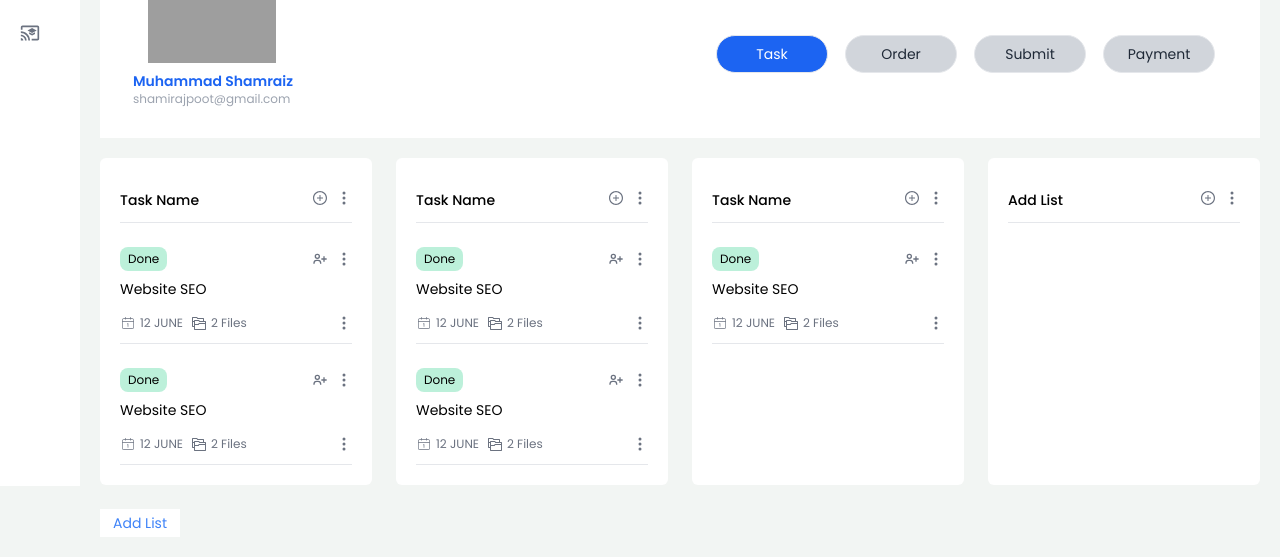
Repository: Shamraiz761/Frontend-Assessment
Page: /
The author's editor kept a copy of each file at every save. The page is drawn from the files as they stood at one save, then again after the next save.
The browser window is 1280 px wide. The pictures show the part of the page from y = 234 to 791 px (the page is 791 px tall).
Pictures or frames that could not be fetched are drawn as grey boxes. The project was rebuilt for these pictures with package versions that can differ from the ones it lists, and the page was loaded fresh each time. Also part of the build but not shown: vite.config.js. Imported but missing from the stored project, and not drawn on this page: src/pages/auth/login.

Above is the page before, as saved 2023-06-09 12:28:59.

### src/main.jsx
import ReactDOM from 'react-dom/client'

import React from 'react'

import App from './App.jsx'
import './index.css'

ReactDOM.createRoot(document.getElementById('root')).render(
  <React.StrictMode>
    <App />
  </React.StrictMode>,
)

### src/App.jsx
import React from 'react'
import { DndProvider } from 'react-dnd'
import { HTML5Backend } from 'react-dnd-html5-backend'
import 'flowbite'

import AppRoutes from './routes'

export default function App() {
  return (
    <DndProvider backend={HTML5Backend}>
      <AppRoutes />
    </DndProvider>
  )
}

### src/index.css
@import url("https://fonts.googleapis.com/css2?family=Poppins:wght@400;500;600;700;800;900&display=swap");

@tailwind base;
@tailwind components;
@tailwind utilities;

* {
  margin: 0;
  padding: 0;
}

body {
  margin: 0;
  font-family: "Poppins", -apple-system, BlinkMacSystemFont, "Segoe UI",
    "Roboto", "Oxygen", "Ubuntu", "Cantarell", "Fira Sans", "Droid Sans",
    "Helvetica Neue", sans-serif;
  -webkit-font-smoothing: antialiased;
  -moz-osx-font-smoothing: grayscale;
  width: 100vw;
  overflow-x: hidden;
  background-color: #f2f5f3;
  /* background: linear-gradient(180deg, #faefe8 0%, #edc7ac 100%); */
}

code {
  font-family: source-code-pro, Menlo, Monaco, Consolas, "Courier New",
    monospace;
}

.pointer-cursor {
  cursor: pointer;
}

.cusBorder {
  border: 1px solid #000;
  border-radius: 5px;
}

img {
  cursor: pointer;
}
.errors {
  color: #dc3545;
  padding: 0;
  margin: 0;
  font-size: 12px;
}
.loader {
  position: fixed;
  top: 0;
  bottom: 0;
  left: 0;
  right: 0;
  background-color: rgba(47, 151, 161, 0.32);

  display: flex;
  justify-content: center;
  align-items: center;
}

.link {
  color: #000;
  cursor: pointer;
  text-decoration: none;
}
.link:hover {
  color: #000;
}

.trans-btn {
  background-color: transparent;
  border: none;
}
.profile-logout-btn {
  border: 0;
}
.profile-logout-btn:hover {
  border: 0;
}
.profile-btn {
  border-radius: 0;
  border: 0;
}
.logout-btn {
  border-radius: 0;
  border: 0;
}
.logout-btn:hover {
  background-color: rgba(220, 53, 69, 0.5);
  border: 0;
  color: #fff;
}
.breadcrumbs ul {
  list-style: none;
  display: inline-block;
}

.breadcrumbs ul li {
  display: inline;
}

.breadcrumbs ul li .bc-link {
  /* display: block; */
  width: max-content;
  background-color: #f8f9fa;
  padding: 6px 15px 6px 25px;
  text-align: center;
  position: relative;
  margin: 0 10px 0 0;
  font-size: 15px;
  text-decoration: none;
  color: #000;
}
.breadcrumbs ul li .bc-link::after {
  content: "";
  border-top: 17px solid transparent;
  border-bottom: 17px solid transparent;
  border-left: 17px solid #f8f9fa;
  position: absolute;
  top: 0;
  right: -17px;
  z-index: 1;
}
.breadcrumbs ul li .bc-link::before {
  content: "";
  border-top: 17px solid transparent;
  border-bottom: 17px solid transparent;
  border-left: 17px solid #71cdd5;
  position: absolute;
  top: 0;
  left: 0;
}
.breadcrumbs ul li:first-child .bc-link {
  border-top-left-radius: 5px;
  border-bottom-left-radius: 5px;
}
.breadcrumbs ul li:first-child .bc-link::before {
  display: none;
}

.breadcrumbs ul li:last-child .bc-link {
  padding-right: 20px;
  border-top-right-radius: 5px;
  border-bottom-right-radius: 5px;
}
.breadcrumbs ul li:last-child .bc-link::after {
  display: none;
}

@media screen and (max-width: 500px) {
  .breadcrumbs ul li .bc-link {
    /* display: block; */
    padding: 2px 2px 2px 13px;
    /* margin: 0 10px 0 0; */
    font-size: 14px;
  }

  .breadcrumbs ul li .bc-link::after {
    content: "";
    border-top: 11.6px solid transparent;
    border-bottom: 11.6px solid transparent;
    border-left: 11.6px solid #f8f9fa;
    position: absolute;
    top: 0;
    right: -11.6px;
    z-index: 1;
  }
  .breadcrumbs ul li .bc-link::before {
    content: "";
    border-top: 11.6px solid transparent;
    border-bottom: 11.6px solid transparent;
    border-left: 11.6px solid #71cdd5;
    position: absolute;
    top: 0;
    left: 0;
  }
  .breadcrumbs ul li:last-child .bc-link {
    padding-right: 5px;
  }
}

@media screen and (max-width: 350px) {
  .breadcrumbs ul li .bc-link {
    /* display: block; */
    padding: 2px 2px 2px 12px;
    /* margin: 0 10px 0 0; */
    font-size: 10px;
  }

  .breadcrumbs ul li .bc-link::after {
    content: "";
    border-top: 9px solid transparent;
    border-bottom: 9px solid transparent;
    border-left: 9px solid #f8f9fa;
    position: absolute;
    top: 0;
    right: -9px;
    z-index: 1;
  }
  .breadcrumbs ul li .bc-link::before {
    content: "";
    border-top: 9px solid transparent;
    border-bottom: 9px solid transparent;
    border-left: 9px solid #edc7ac;
    position: absolute;
    top: 0;
    left: 0;
  }
  .breadcrumbs ul li:last-child .bc-link {
    padding-right: 5px;
  }
}

/* ********************************************** */

### src/routes/index.jsx
import {
  createBrowserRouter,
  createRoutesFromElements,
  RouterProvider,
  Route,
} from "react-router-dom";

import * as React from "react";

import Layout from "./layout";
import Root from "./root";

import Home from "../pages/dashboard";
import Login from "../pages/auth/login";
import Header from "../components/header/index";

export default function AppRoutes() {
  const router = createBrowserRouter(
    createRoutesFromElements(
      <Route path="/" element={<Root />}>
        <Route path="/login" element={<Login />} />

        <Route element={<Layout />}>
          <Route path="/" element={<Home />} />
        </Route>
      </Route>
    )
  );

  return <RouterProvider router={router} />;
}

### src/routes/layout.jsx
import { Link, Outlet, useNavigate } from "react-router-dom";
import { Gi3DGlasses } from "react-icons/gi";
import { CgProfile } from "react-icons/cg";
import { BsArrowLeft, BsFillChatSquareTextFill } from "react-icons/bs";
import { MdOutlineDashboard, MdOutlineCastForEducation } from "react-icons/md";

import React, { useState } from "react";
import Header from "../components/header/index";

export default function Layout() {
  const [open, setOpen] = useState(false);
  const [type, setType] = useState(false);
  const navigate = useNavigate();
  return (
    <div>
      {/* {loading && <LoadingSpinner asOverlay />} */}
      <div
        className={` h-screen bg-white  p-3 ${
          open ? "w-56" : "w-20"
        } fixed top-0 sidebar z-50`}
      >
        {/* Logo */}

        <div className="flex flex-row justify-center">
          <svg
            width="67"
            height="67"
            viewBox="0 0 67 67"
            fill="none"
            xmlns="http://www.w3.org/2000/svg"
            className={` text-4xl block float-left cursor-pointer rounded duration-500 ${
              !open && "rotate-[360deg]"
            }`}
            onClick={() => {
              setOpen(!open);
              setType(false);
            }}
          >
            <path
              d="M22.138 15.2984L30.8759 24.0363C32.3276 25.488 34.7005 25.488 36.1522 24.0363L44.8901 15.2984C47.2351 12.9534 45.588 8.90552 42.238 8.90552H24.7622C21.4401 8.90552 19.7651 12.9534 22.138 15.2984Z"
              fill="#208FF5"
            />
            <path
              d="M22.138 51.7017L30.8759 42.9637C32.3276 41.5121 34.7005 41.5121 36.1522 42.9637L44.8901 51.7017C47.2351 54.0467 45.588 58.0946 42.238 58.0946H24.7622C21.4401 58.0946 19.7651 54.0467 22.138 51.7017Z"
              fill="#208FF5"
            />
            <path
              d="M6.03002 31.9088L12.423 21.8588C13.428 20.2676 15.6614 20.0163 17.0014 21.3563L27.0514 31.4063C28.1959 32.5509 28.1959 34.4213 27.0514 35.5659L17.0014 45.6159C15.6614 46.9559 13.456 46.7047 12.423 45.1134L6.03002 35.0634C5.44377 34.1142 5.44377 32.8859 6.03002 31.9088Z"
              fill="#208FF5"
            />
            <path
              d="M60.9701 31.9088L54.5771 21.8588C53.5721 20.2676 51.3387 20.0163 49.9987 21.3563L39.9488 31.4063C38.8042 32.5509 38.8042 34.4213 39.9488 35.5659L49.9987 45.6159C51.3387 46.9559 53.5442 46.7047 54.5771 45.1134L60.9701 35.0634C61.5563 34.1142 61.5563 32.8859 60.9701 31.9088Z"
              fill="#208FF5"
            />
          </svg>
        </div>

        {/* Search */}

        <ul className="pt-2">
          {/* Dashboard */}
          <Link
            to="/"
            className={` rounded-md text-gray-500  text-xs flex items-center gap-x-4 cursor-pointer hover:bg-gray-50 hover:text-blue-500 py-4 p-2`}
          >
            <span className="text-xl block float-left">
              <MdOutlineDashboard />
            </span>
            <span
              className={` text-sm font-md flex-1
          ${!open && "hidden"}`}
            >
              Marketplace
            </span>
          </Link>

          <Link
            className={` rounded-md text-gray-500  text-xs flex items-center gap-x-4 cursor-pointer hover:bg-gray-50 hover:text-blue-500 py-4 p-2`}
            to="/profile"
          >
            <span className="text-xl block float-left">
              <CgProfile />
            </span>
            <span
              className={` text-xs font-md flex-1
          ${!open && "hidden"}`}
            >
              Profile
            </span>
          </Link>

          {/* Lens */}
          <Link
            className={` rounded-md text-gray-500  text-xs flex items-center gap-x-4 cursor-pointer hover:bg-gray-50 hover:text-blue-500 py-4 p-2`}
            to="/chat"
          >
            <span className="text-lg block float-left">
              <BsFillChatSquareTextFill />
            </span>
            <span
              className={` text-xs font-md flex-1
          ${!open && "hidden"}`}
            >
              Chat
            </span>
          </Link>

          {/* Orders */}
          <Link
            className={` rounded-md text-gray-500  text-xs flex items-center gap-x-4 cursor-pointer hover:bg-gray-50 hover:text-blue-500 py-4 p-2`}
            to="/education"
          >
            <span className="text-xl block float-left">
              <MdOutlineCastForEducation />
            </span>
            <span
              className={` text-xs font-md flex-1
          ${!open && "hidden"}`}
            >
              Education
            </span>
          </Link>
        </ul>
      </div>
      <div className={` ${open ? "ml-56" : "ml-20"}`}>
        <Header />
        <Outlet />
      </div>
    </div>
  );
}

### src/routes/root.jsx
import { Outlet } from 'react-router-dom'

import React from 'react'

export default function Root() {
    return (
        <Outlet />
    )
}

### src/pages/Dashboard/index.jsx
import { AiOutlinePlusCircle } from "react-icons/ai";
import { BsThreeDotsVertical } from "react-icons/bs";

import React from "react";

import "./index.css";
import Profile from "../../components/dashboard/profile";
import Card from "../../components/dashboard/card";

function Home() {
  return (
    <div>
      <Profile />
      <div className="m-5 grid grid-cols-1 sm:grid-cols-2 md:grid-cols-3 lg:grid-cols-4 gap-6 ">
        <div className="bg-white p-5 rounded-md">
          <div className="flex flex-row justify-between py-3 border-b">
            <div className="text-sm font-medium">Task Name</div>
            <div className="flex flex-row text-gray-500">
              <AiOutlinePlusCircle className="mr-2" />
              <BsThreeDotsVertical />
            </div>
          </div>
          <Card />
          <Card />
        </div>
        <div className="bg-white p-5 rounded-md">
          <div className="flex flex-row justify-between py-3 border-b">
            <div className="text-sm font-medium">Task Name</div>
            <div className="flex flex-row text-gray-500">
              <AiOutlinePlusCircle className="mr-2" />
              <BsThreeDotsVertical />
            </div>
          </div>
          <Card />
          <Card />
        </div>
        <div className="bg-white p-5 rounded-md">
          <div className="flex flex-row justify-between py-3 border-b">
            <div className="text-sm font-medium">Task Name</div>
            <div className="flex flex-row text-gray-500">
              <AiOutlinePlusCircle className="mr-2" />
              <BsThreeDotsVertical />
            </div>
          </div>
          <Card />
        </div>
        <div className="bg-white p-5 rounded-md">
          <div className="flex flex-row justify-between py-3 border-b">
            <div className="text-sm font-medium">Add List</div>
            <div>
              <div
                id="defaultModal"
                tabIndex={-1}
                aria-hidden="true"
                className="fixed top-0 left-0 right-0 z-50 hidden w-full p-4 overflow-x-hidden overflow-y-auto md:inset-0 h-[calc(100%-1rem)] max-h-full"
              >
                <div className="relative w-full max-w-2xl max-h-full">
                  {/* Modal content */}
                  <div className="relative bg-white rounded-lg shadow dark:bg-gray-700">
                    {/* Modal header */}
                    <div className="flex items-start justify-between p-4 border-b rounded-t dark:border-gray-600">
                      <h3 className="text-xl font-semibold text-gray-900 dark:text-white">
                        Terms of Service
                      </h3>
                      <button
                        type="button"
                        className="text-gray-400 bg-transparent hover:bg-gray-200 hover:text-gray-900 rounded-lg text-sm p-1.5 ml-auto inline-flex items-center dark:hover:bg-gray-600 dark:hover:text-white"
                        data-modal-hide="defaultModal"
                      >
                        <svg
                          aria-hidden="true"
                          className="w-5 h-5"
                          fill="currentColor"
                          viewBox="0 0 20 20"
                          xmlns="http://www.w3.org/2000/svg"
                        >
                          <path
                            fillRule="evenodd"
                            d="M4.293 4.293a1 1 0 011.414 0L10 8.586l4.293-4.293a1 1 0 111.414 1.414L11.414 10l4.293 4.293a1 1 0 01-1.414 1.414L10 11.414l-4.293 4.293a1 1 0 01-1.414-1.414L8.586 10 4.293 5.707a1 1 0 010-1.414z"
                            clipRule="evenodd"
                          />
                        </svg>
                        <span className="sr-only">Close modal</span>
                      </button>
                    </div>
                    {/* Modal body */}
                    <div className="p-6 space-y-6">
                      <p className="text-base leading-relaxed text-gray-500 dark:text-gray-400">
                        With less than a month to go before the European Union
                        enacts new consumer privacy laws for its citizens,
                        companies around the world are updating their terms of
                        service agreements to comply.
                      </p>
                      <p className="text-base leading-relaxed text-gray-500 dark:text-gray-400">
                        The European Union’s General Data Protection Regulation
                        (G.D.P.R.) goes into effect on May 25 and is meant to
                        ensure a common set of data rights in the European
                        Union. It requires organizations to notify users as soon
                        as possible of high-risk data breaches that could
                        personally affect them.
                      </p>
                    </div>
                    {/* Modal footer */}
                    <div className="flex items-center p-6 space-x-2 border-t border-gray-200 rounded-b dark:border-gray-600">
                      <button
                        data-modal-hide="defaultModal"
                        type="button"
                        className="text-white bg-blue-700 hover:bg-blue-800 focus:ring-4 focus:outline-none focus:ring-blue-300 font-medium rounded-lg text-sm px-5 py-2.5 text-center dark:bg-blue-600 dark:hover:bg-blue-700 dark:focus:ring-blue-800"
                      >
                        I accept
                      </button>
                      <button
                        data-modal-hide="defaultModal"
                        type="button"
                        className="text-gray-500 bg-white hover:bg-gray-100 focus:ring-4 focus:outline-none focus:ring-blue-300 rounded-lg border border-gray-200 text-sm font-medium px-5 py-2.5 hover:text-gray-900 focus:z-10 dark:bg-gray-700 dark:text-gray-300 dark:border-gray-500 dark:hover:text-white dark:hover:bg-gray-600 dark:focus:ring-gray-600"
                      >
                        Decline
                      </button>
                    </div>
                  </div>
                </div>
              </div>
            </div>

            <div className="flex flex-row text-gray-500">
              <AiOutlinePlusCircle className="mr-2" />
              <BsThreeDotsVertical />
            </div>
          </div>
        </div>
        <div>
          <button
            data-modal-target="defaultModal"
            data-modal-toggle="defaultModal"
            className="bg-white text-blue-500 border-dotted border-blue-500 px-2 py-1 text-sm w-20"
            type="button"
          >
            Add List
          </button>
        </div>
      </div>
    </div>
  );
}
export default Home;

### src/components/header/index.jsx
import { IoIosNotifications } from "react-icons/io";

import React from "react";
import { CgProfile } from "react-icons/cg";

function Header() {
  return (
    <div>
      {/* component */}
      <nav className=" bg-white w-full flex relative justify-between items-center mx-auto px-8 py-4 h-16">
        {/* search bar */}
        <div className="hidden sm:block flex-shrink flex-grow-0 justify-start px-2">
          <div className="inline-block">
            <div className="inline-flex items-center max-w-full">
              <input
                className="flex items-center text-gray-400 bg-slate-50 justify-between  flex-grow-0  relative w-72 border rounded-lg  py-1"
                type="search"
                placeholder="Search"
              />

              <div className="flex items-center justify-center relative  h-8 w-24 rounded-full"></div>
            </div>
          </div>
        </div>

        <div className="flex-initial">
          <div className="flex justify-end items-center relative">
            <div className="block">
              <div className="inline relative sm:flex sm:flex-row sm:justify-center">
                <button
                  type="button"
                  className="inline-flex items-center relative px-2  rounded-full hover:shadow-lg"
                >
                  <IoIosNotifications className="text-gray-400 text-xl" />
                </button>
                <button
                  type="button"
                  className="inline-flex items-center relative px-2  rounded-full hover:shadow-lg"
                >
                  <CgProfile className="text-gray-400 text-xl" />
                </button>
              </div>
            </div>
          </div>
        </div>
        {/* end login */}
      </nav>
    </div>
  );
}

export default Header;

### src/pages/Dashboard/index.css
.dashboard-cover-iamge{
    background: url("../../assets/images/dashboard-back.png");
    background-position: center;
    background-repeat: no-repeat;
    background-size: cover;

}

### src/components/dashboard/profile.jsx
import profile from "../../assets/images/Ellipse 1631.png";

import React from "react";

function Profile() {
  return (
    <div className="m-5  w-[11/12] md:h-72 h-[360px]  bg-white">
      <div className="dashboard-cover-iamge h-[150px]  w-[100%]"></div>
      <div className="grid lg:grid-cols-2 grid-cols-1 md:grid-cols-2 flex-row justify-between flex-wrap">
        <div className="ml-12">
          <img src={profile} className="h-32 w-32 mt-[-65px]  " />
          <h1 className="text-blue-600 font-semibold text-sm ml-[-15px] mt-2">
            Muhammad Shamraiz
          </h1>
          <p className="text-gray-400 text-xs font-thin ml-[-15px]">
            shamirajpoot@gmail.com
          </p>
        </div>
        <div className="grid my-3 grid-cols-2 lg:grid-cols-4 md:justify-end justify-between mx-8 items-center ">
          <button className="btn border  rounded-full w-24 lg:w-28 m-1  px-4 py-2 bg-blue-600 text-sm  text-white">
            Task
          </button>
          <button className="btn border  rounded-full w-24 lg:w-28 m-1 px-4 py-2 bg-gray-300 text-sm  text-gray-800">
            Order
          </button>
          <button className="btn border  rounded-full w-24 lg:w-28  m-1 px-4 py-2 bg-gray-300 text-sm  text-gray-800">
            Submit
          </button>
          <button className="btn border  rounded-full w-24 lg:w-28 m-1 px-4 py-2 bg-gray-300 text-sm  text-gray-800">
            Payment
          </button>
        </div>
      </div>
    </div>
  );
}

export default Profile;

### src/components/dashboard/card.jsx
import { BiUserPlus } from "react-icons/bi";
import { CiCalendarDate } from "react-icons/ci";
import { VscFileSubmodule } from "react-icons/vsc";
import { BsThreeDotsVertical } from "react-icons/bs";

import React from "react";

function Card() {
  return (
    <div className="border-b py-3">
      <div className="flex flex-row justify-between mt-3 ">
        <span className="bg-green-200 px-2 py-1 rounded-lg text-xs font-thin">
          Done
        </span>
        <div className="flex flex-row text-gray-500 mt-1">
          <BiUserPlus className="mr-2 " />
          <BsThreeDotsVertical />
        </div>
      </div>
      <h1 className="text-sm my-2">Website SEO</h1>

      <div className="flex flex-row justify-between mt-3">
        <div className="flex flex-row">
          <div className="flex flex-row text-gray-500 mt-1">
            <CiCalendarDate className="mr-1" />
            <p className="text-xs font-thin text-gray-500 mr-2">12 JUNE</p>
          </div>
          <div className="flex flex-row text-gray-500 mt-1">
            <VscFileSubmodule className="mr-1" />
            <p className="text-xs font-thin text-gray-500 mr-2">2 Files</p>
          </div>
        </div>
        <div className="flex flex-row text-gray-500 mt-1">
          <BsThreeDotsVertical />
        </div>
      </div>
    </div>
  );
}

export default Card;

### tailwind.config.cjs
const colors = require('tailwindcss/colors');
const defaultTheme = require('tailwindcss/defaultTheme');

module.exports = {
  content: ['./src/**/*.{js,jsx,ts,tsx}', "node_modules/flowbite/**/*.js"],
  theme: {
    extend: {
      colors: {
        // set primary color from figma
        // primary: {
        // },
      },
      fontFamily: {
        poppins: ['Poppins', ...defaultTheme.fontFamily.sans],
      },
      fontSize: {
        xxs: '0.5rem',
      },
    },
  },
  plugins: [
    require('flowbite/plugin')
  ],

};

Loaded but not shown: index.html (common file)

After the next save:
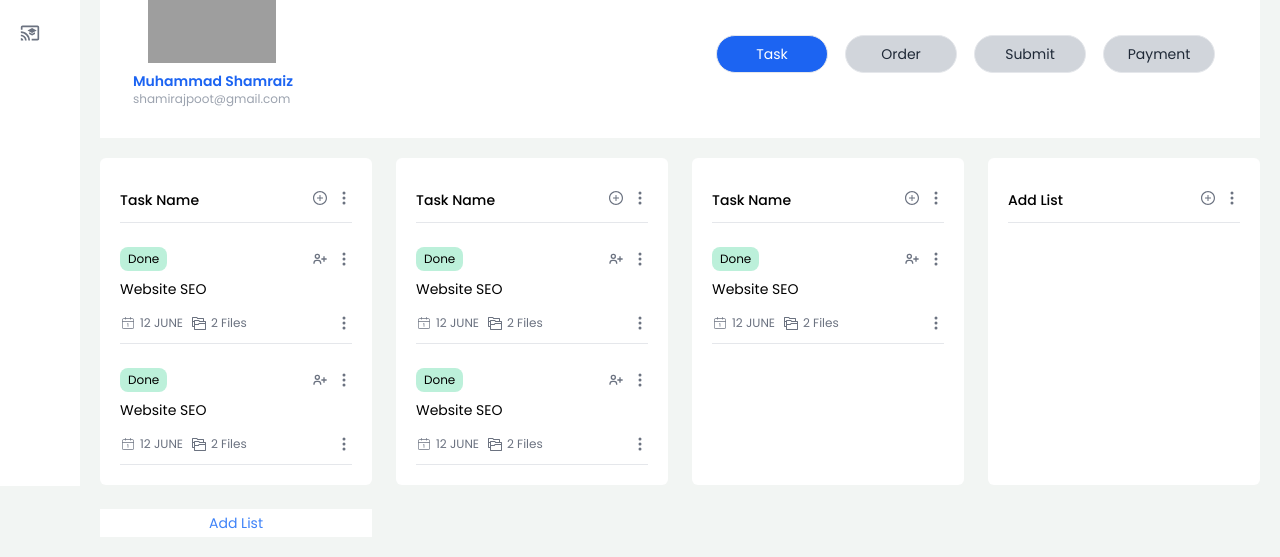
Saved 63 s later.
--- a/src/pages/Dashboard/index.jsx
+++ b/src/pages/Dashboard/index.jsx
@@ -132,7 +132,7 @@ function Home() {
           <button
             data-modal-target="defaultModal"
             data-modal-toggle="defaultModal"
-            className="bg-white text-blue-500 border-dotted border-blue-500 px-2 py-1 text-sm w-20"
+            className="bg-white text-blue-500 border-dotted border-blue-500 px-2 py-1 text-sm w-full"
             type="button"
           >
             Add List
